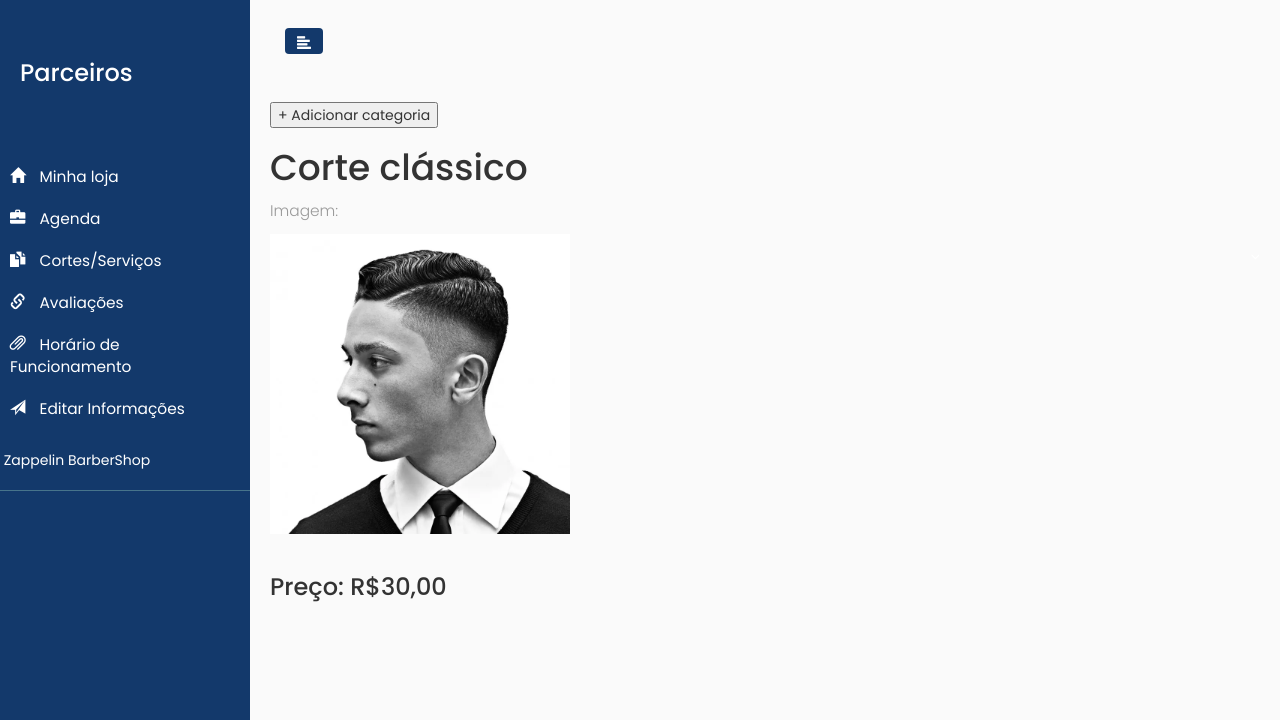
Repository: aquilesascar/barberconnect
Page: http://localhost/corteclassico.php
An editor plug-in stored every save of this project. The page is shown before and after the next save, followed by the edit.
The browser window is 1280 px wide. The pictures show the whole page.
The page is run by PHP 8.4 with error messages shown; the project is at /var/www/html/.

Above is the page before, as saved 2023-10-09 14:49:50.

After the next save:
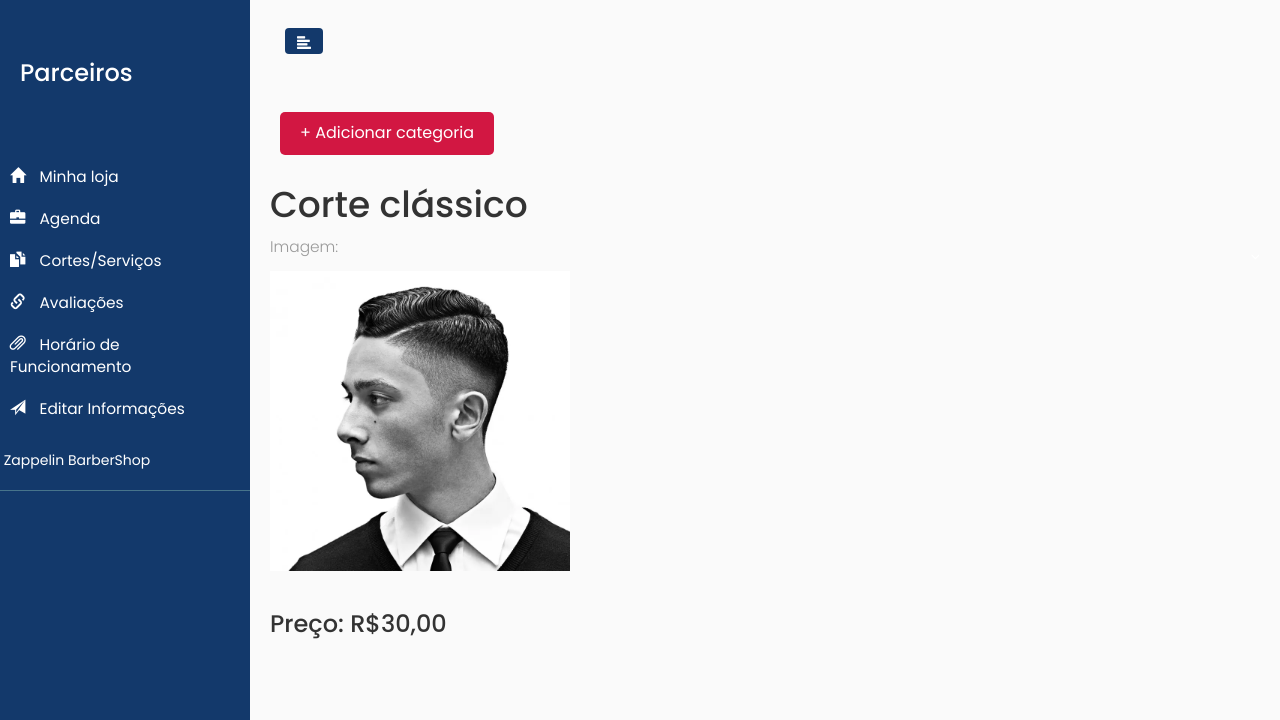
Saved 4 s later.
--- a/corteclassico.php
+++ b/corteclassico.php
@@ -62,7 +62,7 @@
 
             <style>
                 #textoInput,
-                #{
+                #botaoAbrir{
                 background-color: #D21742;
             border: none;
             color: white;

After the save that followed:
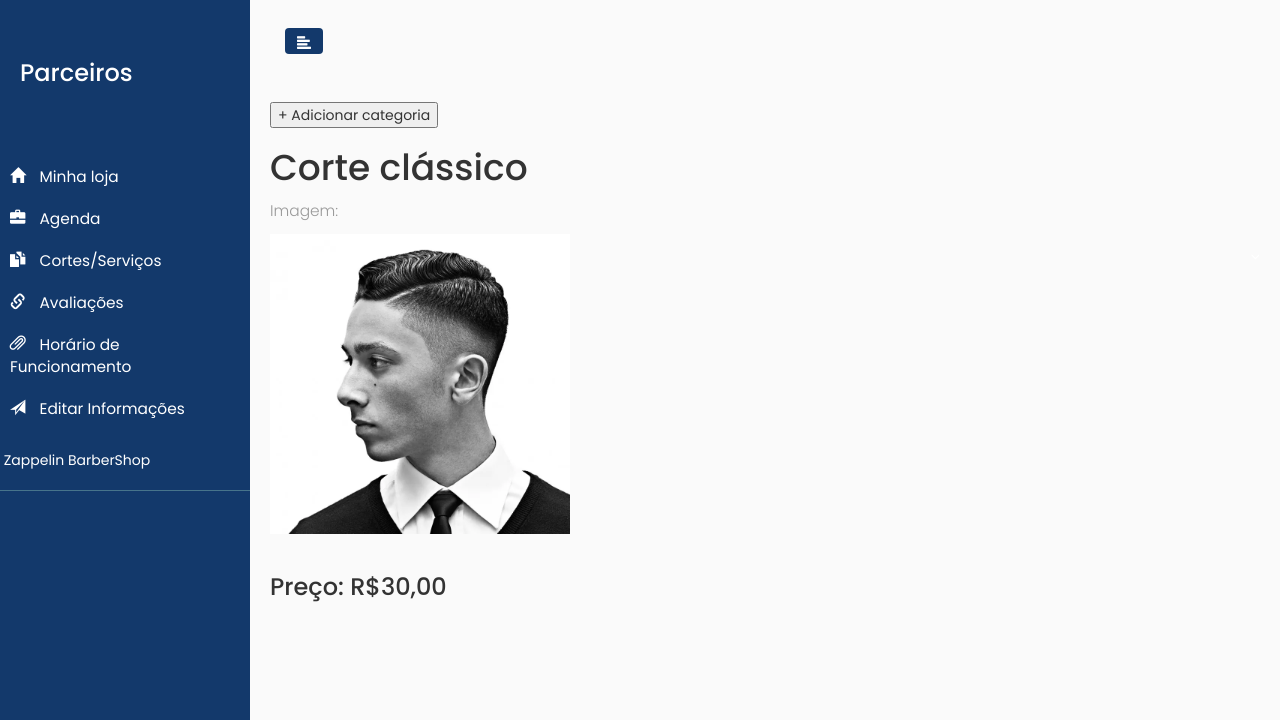
Saved 74 s later.
--- a/corteclassico.php
+++ b/corteclassico.php
@@ -61,7 +61,7 @@
             </script>
 
             <style>
-                #textoInput,
+                ,
                 #botaoAbrir{
                 background-color: #D21742;
             border: none;
